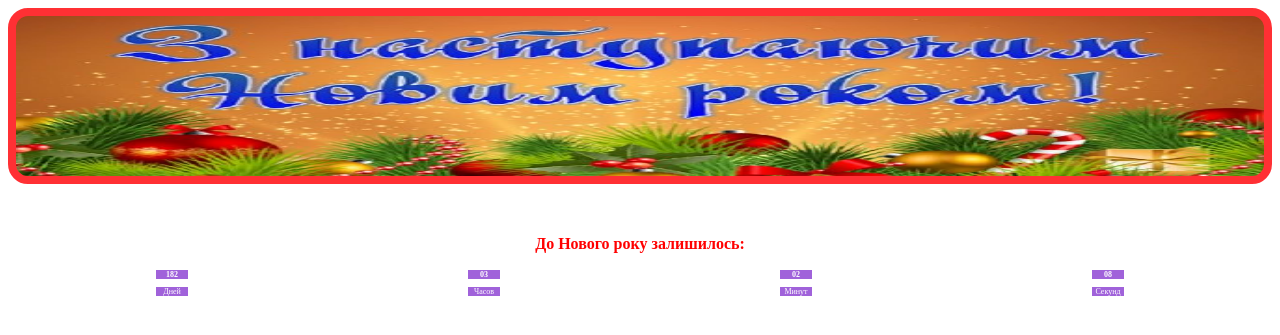
Repository: KonstantinKhamilov/JavaScript11-new-year
Page: index.html
These files come from the project's save history. The page is drawn as it stood at one moment and after the next save; the edit follows.
The browser window is 1280 px wide. The pictures show the whole page.

Above is the page before, as saved 2024-12-29 18:25:37.

After the next save:
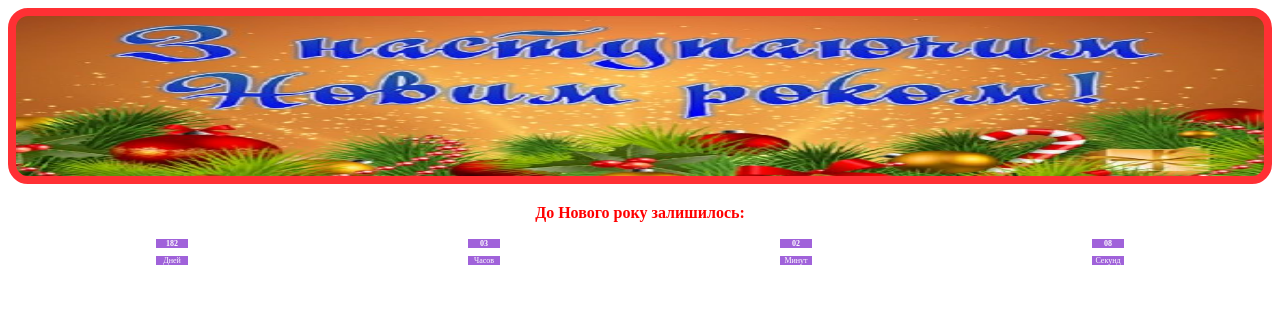
Saved 9 s later.
--- a/newYear.css
+++ b/newYear.css
@@ -19,7 +19,7 @@
     font-family: cursive;
     font-size: 1em;
     text-align: center;
-    padding-top: 25%;
+    padding-top: 20%;
   }
 
   .count {
